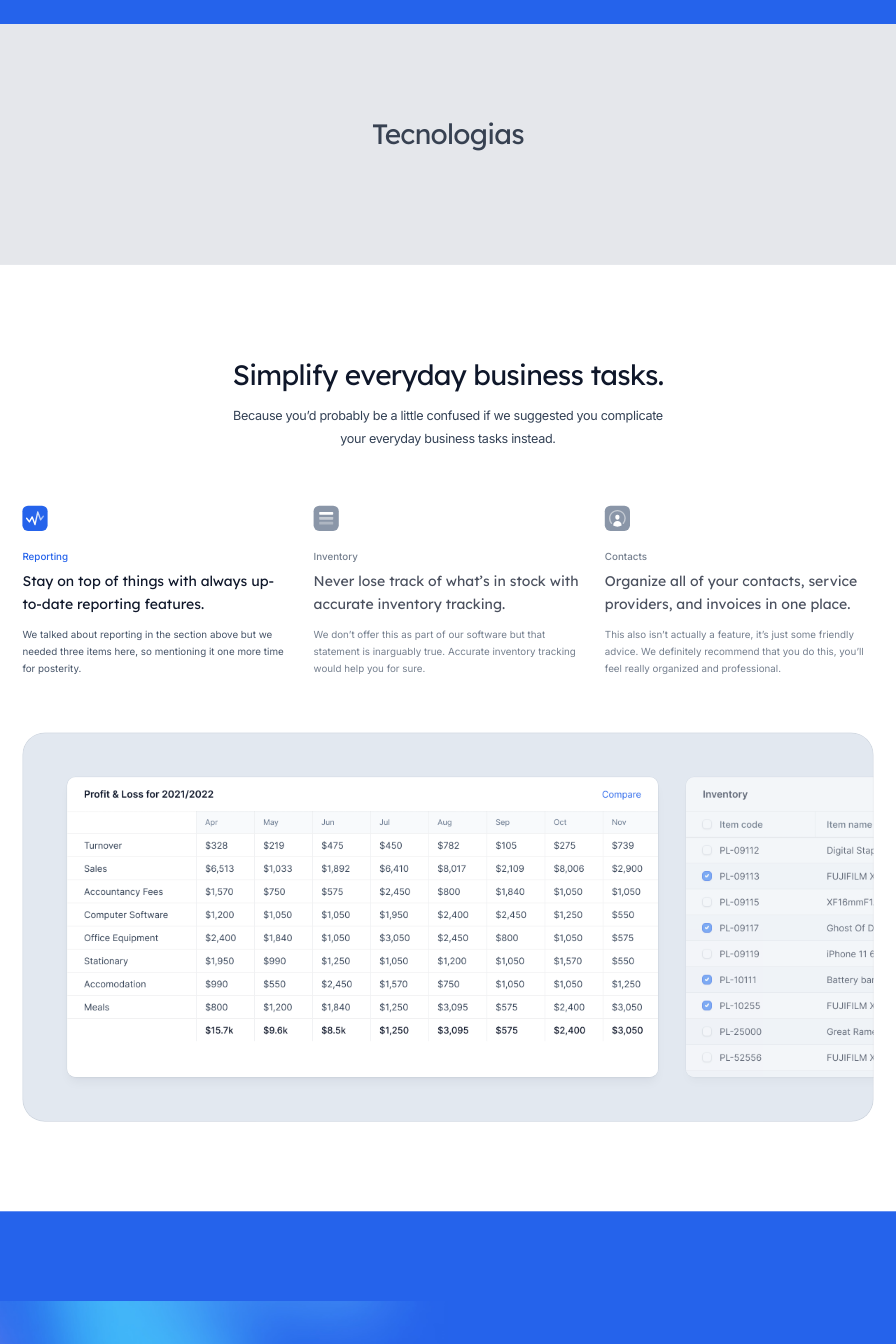
Repository: LuisSempre/imaginative
Page: /
These files come from the project's save history. The page is drawn as it stood at one moment and after the next save; the edit follows.
The browser window is 1280 px wide. The pictures show the part of the page from y = 3029 to 4949 px (the page is 10262 px tall before and 10278 px after), at 70% of full size.
The project was rebuilt for these pictures with package versions that can differ from the ones it lists, and the page was loaded fresh each time. The framework's server and built-in components were replaced by stand-ins that run in the browser. Also part of the build but not shown: next.config.js.

Above is the page before, as saved 2022-07-15 11:19:35.

After the next save:
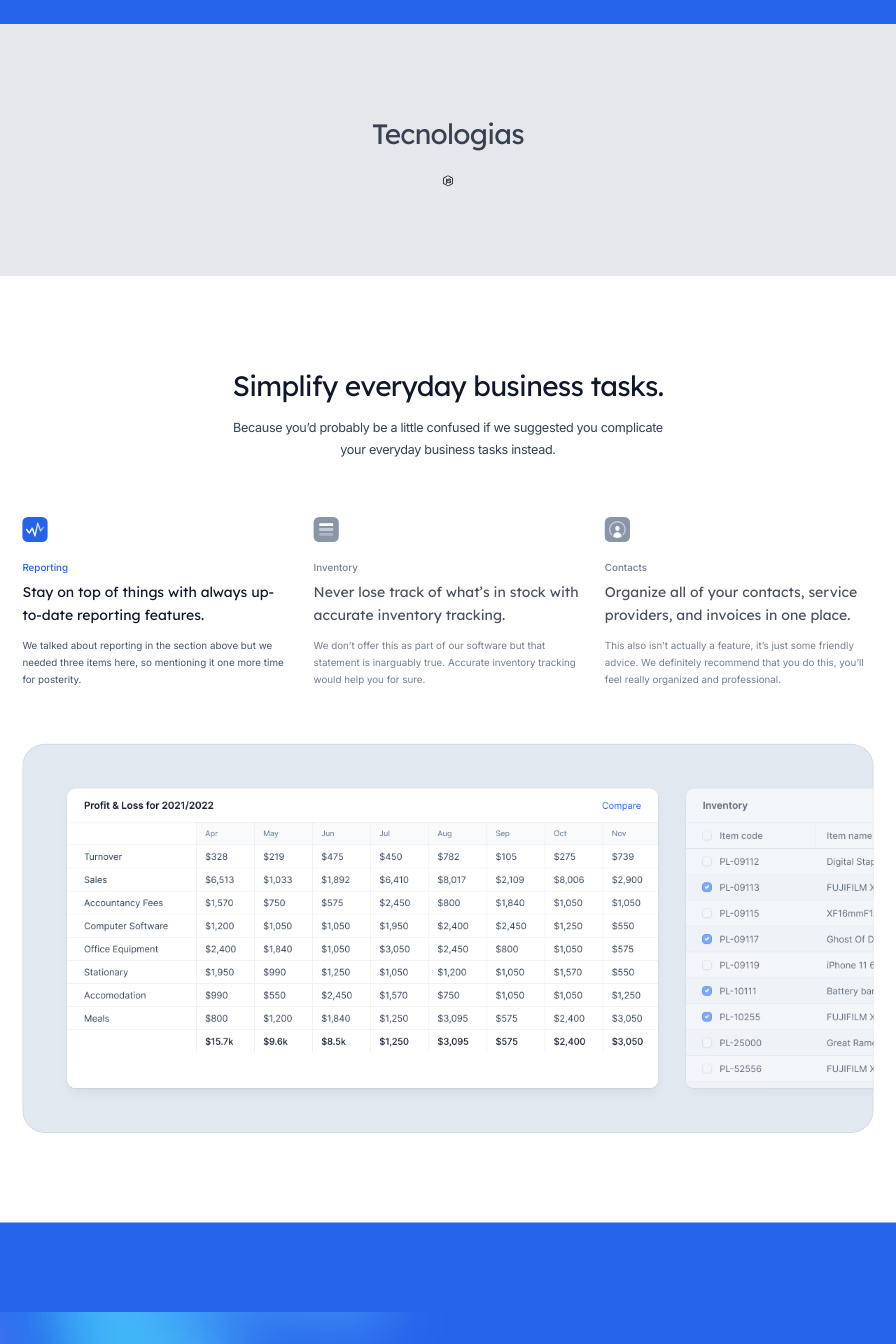
Saved 66 s later.
--- a/src/components/Tecnology.jsx
+++ b/src/components/Tecnology.jsx
@@ -1,5 +1,5 @@
 import { Container } from '@/components/Container'
-import { FaReact, FaVuejs, FaNodejs, FaPhoenixFramework } from 'react-icons/fa'
+import { FaReact, FaVuejs, FaNodeJs, FaPhoenixFramework } from 'react-icons/fa'
 import { SiElixir, SiTypescript } from 'react-icons/si'
 
 export function Tecnology() {
@@ -14,7 +14,7 @@
             Tecnologias
           </h2>
           <div className="flex justify-center mt-8 space-x-6">
-
+          <FaNodeJs />
           </div>
         </div>
       </Container>
